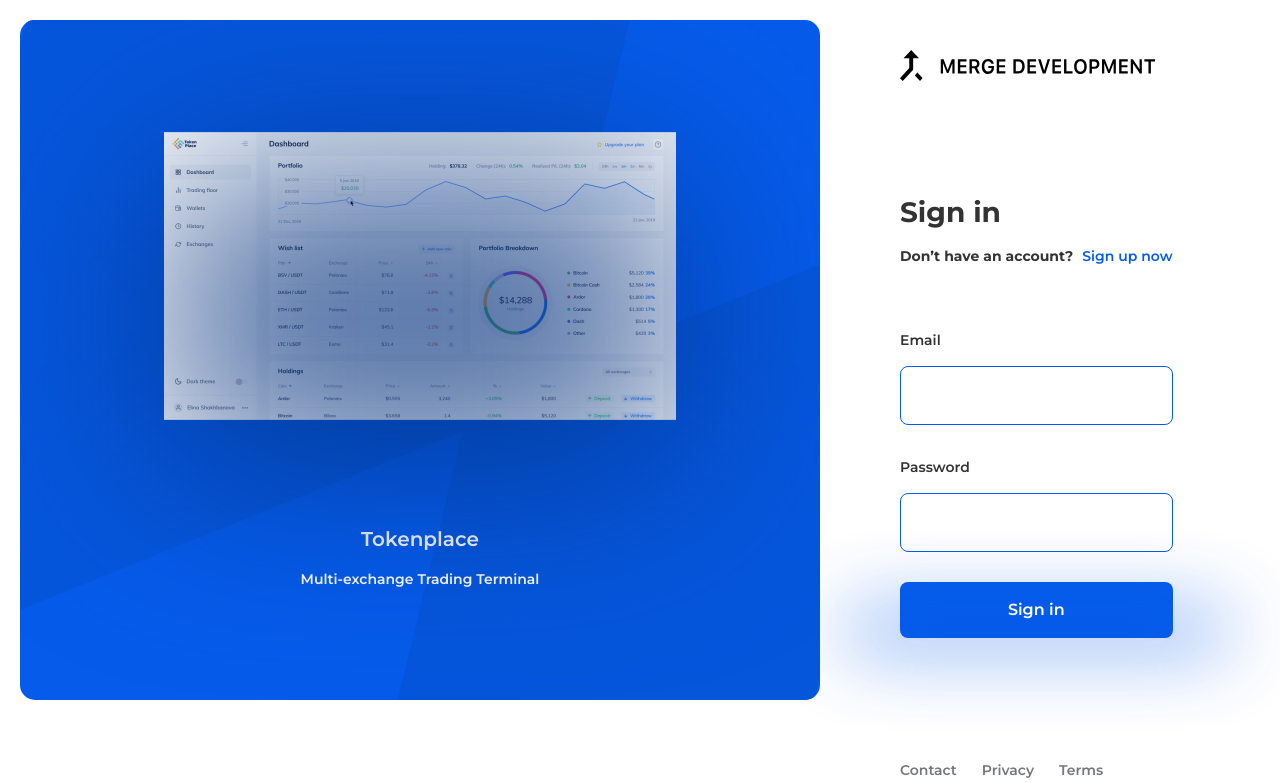
Repository: 13RedFox/form-project
Page: /
An editor plug-in stored every save of this project. The page is shown before and after the next save, followed by the edit.
The browser window is 1280 px wide. The pictures show the whole page.
The project was rebuilt for these pictures with package versions that can differ from the ones it lists, and the page was loaded fresh each time.

Above is the page before, as saved 2021-08-04 18:57:56.

### public/index.html
<!DOCTYPE html>
<html lang="en">

<head>
  <meta charset="utf-8" />
  <link rel="icon" href="%PUBLIC_URL%/favicon.ico" />
  <meta name="viewport" content="width=device-width, initial-scale=1" />
  <meta name="theme-color" content="#000000" />
  <meta name="description" content="Web site created using create-react-app" />
  <link rel="apple-touch-icon" href="%PUBLIC_URL%/logo192.png" />
  <link rel="manifest" href="%PUBLIC_URL%/manifest.json" />

  <title>Form Project</title>
  <link rel="preconnect" href="https://fonts.googleapis.com">
  <link rel="preconnect" href="https://fonts.gstatic.com" crossorigin>
  <link href="https://fonts.googleapis.com/css2?family=Montserrat:wght@600;700&display=swap" rel="stylesheet">
</head>

<body>
  <noscript>You need to enable JavaScript to run this app.</noscript>
  <div id="root"></div>
</body>

</html>

### src/index.js
import React from 'react';
import ReactDOM from 'react-dom';
import './index.scss';
import App from './components/App/App';

ReactDOM.render(
  <React.StrictMode>
    <App />
  </React.StrictMode>,
  document.getElementById('root')
);

### src/index.scss
* {
  margin: 0;
  padding: 0;
  box-sizing: border-box;
  font-family: 'Montserrat', -apple-system, BlinkMacSystemFont, 'Segoe UI', 'Roboto', 'Oxygen',
    'Ubuntu', 'Cantarell', 'Fira Sans', 'Droid Sans', 'Helvetica Neue', sans-serif;
  -webkit-font-smoothing: antialiased;
  -moz-osx-font-smoothing: grayscale;
}

### src/components/App/App.jsx
import React from 'react';
import Form from '../Form/Form';
import Slider from '../Slider/Slider';

import styles from './App.module.scss';

function App() {
  return (
    <div className={styles.wrapper}>
      <Slider />
      <Form />
    </div>
  );
}

export default App;

### src/components/Form/Form.jsx
import styles from './Form.module.scss';
import { ReactComponent as LogoIcon } from '../../assets/logo.svg';
import Input from '../Input/Input';
import Button from '../Button/Button';

const Form = () => {
  return (
    <div className={styles.form}>
      <LogoIcon className={styles.icon} />
      <form action="#">
        <h1 className={styles.title}>Sign in</h1>
        <div className={styles.inner}>
          <p className={styles.text}>Don’t have an account?</p>
          <a href="#!" className={styles.signUp}>
            Sign up now
          </a>
        </div>
        <Input label="Email" type="email" className={styles.input} />
        <Input label="Password" type="password" className={styles.input} />
        <Button label="Sign in" disabled={false} className={styles.button} />

        <div className={styles.privacy}>
          <a href="#!" className={styles.privacyText}>
            Contact
          </a>
          <a href="#!" className={styles.privacyText}>
            Privacy
          </a>
          <a href="#!" className={styles.privacyText}>
            Terms
          </a>
        </div>
      </form>
    </div>
  );
};

export default Form;

### src/components/Slider/Slider.jsx
import styles from './Slider.module.scss';

const Slider = () => {
  return (
    <div className={styles.slider}>
      <img src="/top.png" alt="Pic" className={styles.topImage} />
      <div className={styles.card}>
        <div className={styles.wrapperImg}>
          <img src="/slide-1.png" alt="Slider" />
        </div>
        <h2 className={styles.title}>Tokenplace</h2>
        <p className={styles.description}>Multi-exchange Trading Terminal</p>
      </div>
      <img src="/bottom.png" alt="Pic" className={styles.bottomImage} />
    </div>
  );
};

export default Slider;

### src/components/App/App.module.scss
.wrapper {
  max-width: 1440px;
  height: 100vh;
  display: flex;
  background-color: #fff;
  padding: 20px;
  margin: 0 auto;
}

### src/components/Form/Form.module.scss
.form {
  padding-top: 30px;
  color: #333333;
}

.icon {
  cursor: pointer;
  margin-bottom: 110px;
}

.title {
  font-weight: bold;
  font-size: 28px;
  line-height: 34px;
  margin-bottom: 15px;
}

.inner {
  display: flex;
  align-items: center;
  margin-bottom: 60px;
}

.text {
  font-weight: bold;
  font-size: 14px;
  line-height: 24px;
}

.signUp {
  display: flex;
  font-weight: 600;
  font-size: 14px;
  line-height: 24px;
  color: #065bea;
  margin-left: 9px;
  text-decoration: none;
  transition: color 0.15s ease-in-out;

  &:hover {
    color: #0a4ab6;
  }
}

.privacy {
  margin-top: 120px;
}

.privacyText {
  font-weight: 600;
  font-size: 14px;
  line-height: 24px;
  color: #75777a;
  text-decoration: none;
  transition: color 0.15s ease-in-out;
  margin-right: 25px;

  &:last-child {
    margin-right: 0;
  }

  &:hover {
    color: #333;
  }
}

### src/components/Input/Input.jsx
import styles from './Input.module.scss';

const Input = ({ type, label }) => {
  return (
    <label htmlFor="input" className={styles.label}>
      {label}
      <input type={type} className={styles.input} />
    </label>
  );
};

export default Input;

### src/components/Button/Button.jsx
import React from 'react';
import styles from './Button.module.scss';

const Button = ({ label, disabled }) => {
  return (
    <button className={styles.button} disabled={disabled}>
      {label}
    </button>
  );
};

export default Button;

### src/components/Slider/Slider.module.scss
.slider {
  position: relative;
  width: 800px;
  height: 100%;
  background: #065bea;
  border-radius: 15px;
  display: flex;
  justify-content: center;
  align-items: center;
  color: #fff;
  text-align: center;
  margin-right: 80px;
  overflow: hidden;
  z-index: 1;
}

.topImage {
  position: absolute;
  top: -79%;
  left: -50%;
  z-index: -1;
}

.wrapperImg {
  position: relative;
  margin-bottom: 100px;

  &:after {
    content: '';
    position: absolute;
    top: 40px;
    left: 0;
    width: 100%;
    height: 100%;
    background: rgba(0, 46, 123, 0.7);
    filter: blur(100px);
    z-index: 0;
  }
}

.title {
  font-weight: 600;
  font-size: 20px;
  line-height: 26px;
  margin-bottom: 15px;
}

.description {
  font-weight: 600;
  font-size: 14px;
  line-height: 24px;
}

.bottomImage {
  position: absolute;
  bottom: -50%;
  left: 20%;
  z-index: -1;
}

### src/components/Input/Input.module.scss
.label {
  display: flex;
  flex-direction: column;
  font-weight: 600;
  font-size: 14px;
  line-height: 24px;
  color: #333;
  margin-bottom: 30px;
}

.input {
  width: 100%;
  max-width: 420px;
  padding: 20px;

  color: #333;
  background: #ffffff;
  border: 1px solid #065bea;
  border-radius: 8px;

  font-weight: 600;
  font-size: 14px;
  line-height: 17px;
  margin-top: 14px;
}

### src/components/Button/Button.module.scss
.button {
  position: relative;
  width: 100%;
  max-width: 420px;
  padding: 18px 0;
  background: #065bea;
  border-radius: 8px;
  border: none;
  font-weight: 600;
  font-size: 16px;
  line-height: 20px;
  color: #ffffff;
  transition: background-color 0.15s ease-in-out;
  cursor: pointer;
  z-index: 0;

  &:after {
    content: '';
    position: absolute;
    bottom: -5px;
    left: 50%;
    transform: translateX(-50%);
    width: 383px;
    height: 26px;

    background: #065bea;
    opacity: 0.83;
    filter: blur(40px);
    border-radius: 8px;
    z-index: -1;
  }

  &:hover {
    background: #0451d2;
  }

  &:active {
    background: #065bea;
  }

  &:disabled {
    background: #c6d0e0;
    &:after {
      display: none;
    }
  }
}

After the next save:
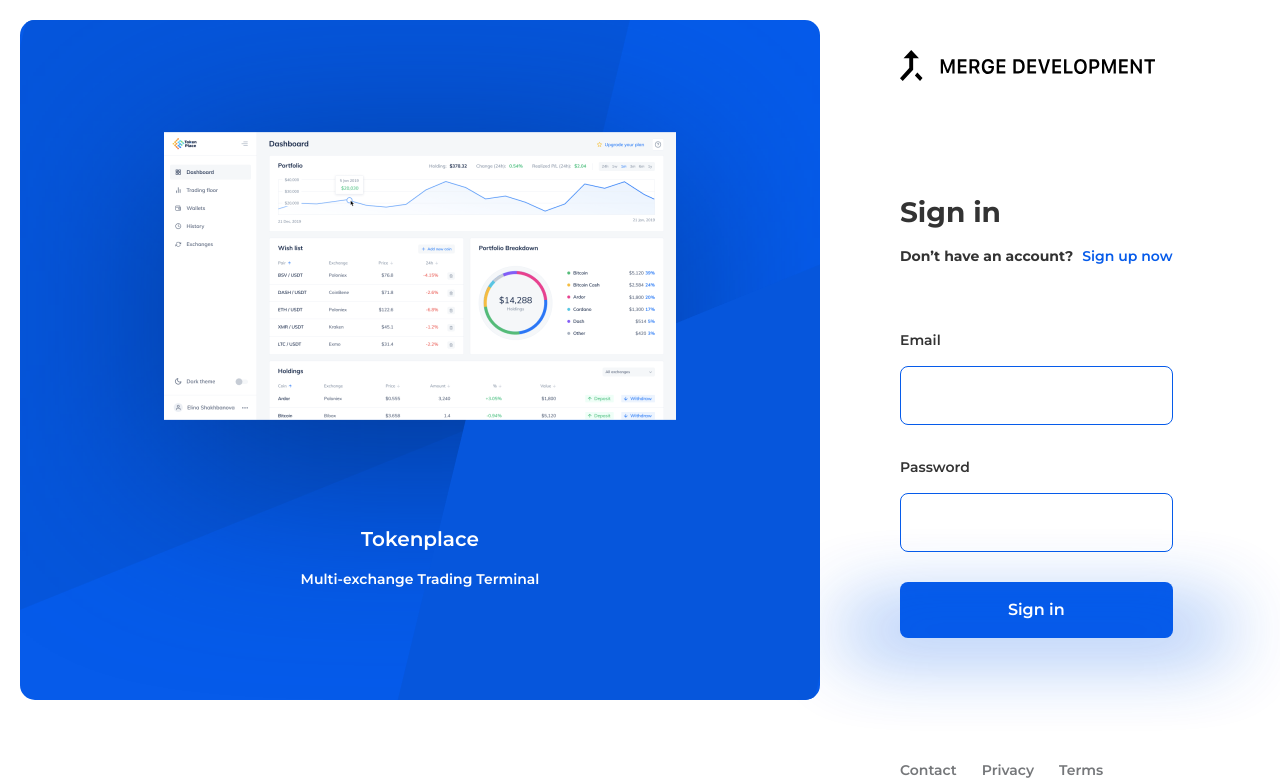
Saved 11 s later.
--- a/src/components/Slider/Slider.module.scss
+++ b/src/components/Slider/Slider.module.scss
@@ -34,7 +34,7 @@
     height: 100%;
     background: rgba(0, 46, 123, 0.7);
     filter: blur(100px);
-    z-index: 0;
+    z-index: -1;
   }
 }
 
